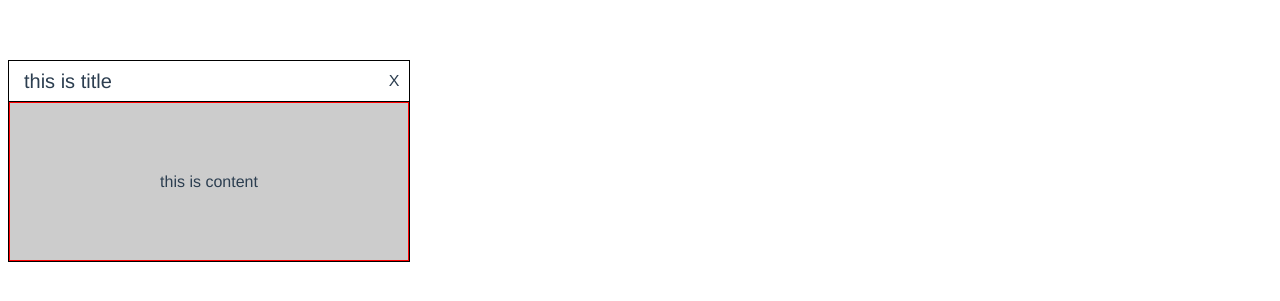
Repository: iulucky6/yf_messageBox
Page: /
These files come from the project's save history. The page is drawn as it stood at one moment and after the next save; the edit follows.
The browser window is 1280 px wide. The pictures show the whole page.
The project was rebuilt for these pictures with package versions that can differ from the ones it lists, and the page was loaded fresh each time. Also part of the build but not shown: src/components/HelloWorld.vue.

Above is the page before, as saved 2023-09-14 11:32:54.

After the next save:
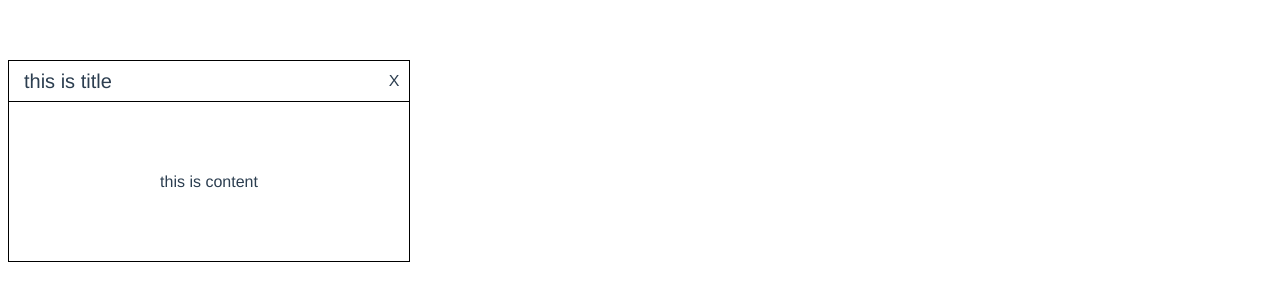
Saved 14 s later.
--- a/src/components/MessageBox/index.vue
+++ b/src/components/MessageBox/index.vue
@@ -63,8 +63,7 @@ $border-color: #000;
   }
   .content {
     display: flex;
-    background-color: #ccc;
-    border: 1px solid red;
+
     flex: 1;
     align-items: center;
     justify-content: center;
